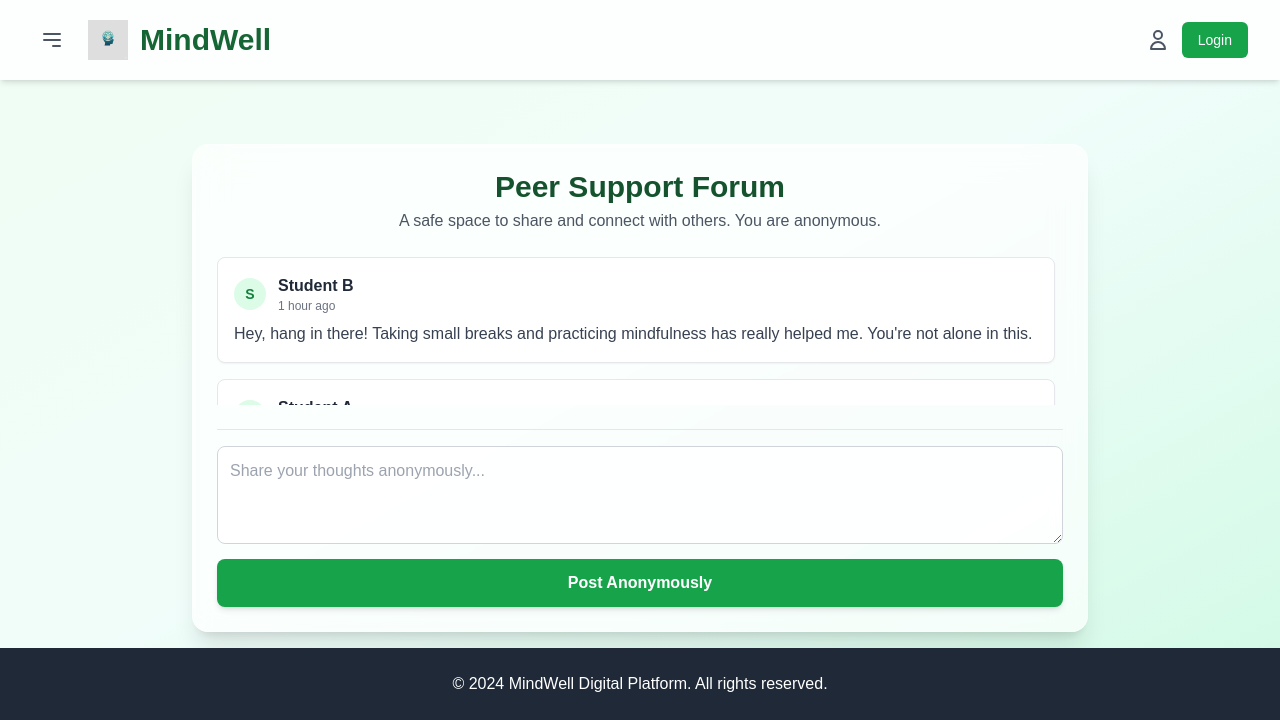
Repository: alokse24b01025/mentalhealth-project-sih-
Page: /peer-support (app in p1/)
An editor plug-in stored every save of this project. The page is shown before and after the next save, followed by the edit.
The browser window is 1280 px wide. The pictures show the whole page.
The project was rebuilt for these pictures with package versions that can differ from the ones it lists, and the page was loaded fresh each time. Also part of the build but not shown: p1/vite.config.js, p1/src/pages/HomePage.jsx, p1/src/components/Chatbot.jsx, p1/src/pages/ChatPage.jsx, p1/src/components/ResourceCard.jsx, p1/src/data/mockResources.js, p1/src/pages/ResourcesPage.jsx, p1/src/data/mockCounselors.js and 3 more.

Above is the page before, as saved 2025-09-10 12:36:28.

After the next save:
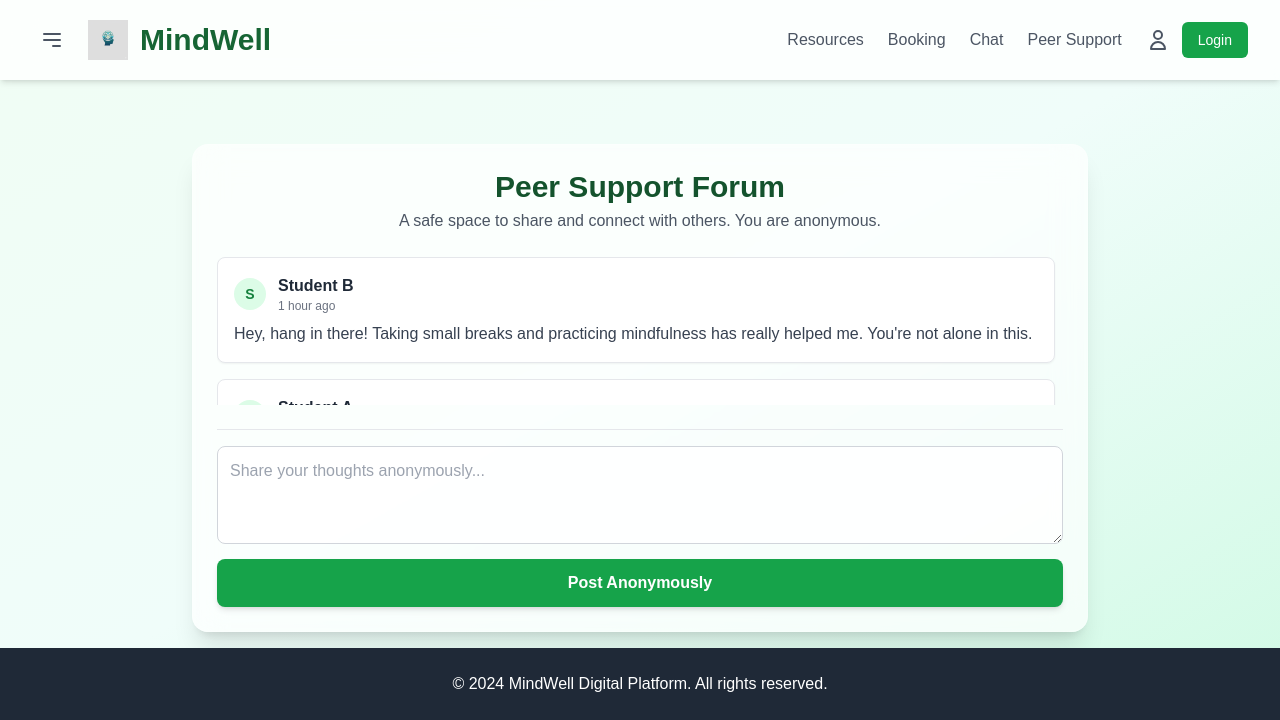
Saved 3 min 37 s later.
--- a/p1/src/components/Header.jsx
+++ b/p1/src/components/Header.jsx
@@ -35,21 +35,12 @@ const Header = () => {
   };
 
   const profileIcon = (
-    <svg xmlns="http://www.w3.org/2000/svg" className="h-6 w-6" fill="none" viewBox="0 0 24 24" stroke="currentColor" strokeWidth={2}>
+    <svg xmlns="http://www.w3.org/2000/svg" className="h-6 w-6" fill="none" viewBox="0 0 24" stroke="currentColor" strokeWidth={2}>
       <path strokeLinecap="round" strokeLinejoin="round" d="M16 7a4 4 0 11-8 0 4 4 0 018 0zM12 14a7 7 0 00-7 7h14a7 7 0 00-7-7z" />
     </svg>
   );
 
-  const NavLinks = () => (
-    <div className="py-2">
-      <NavLink to="/resources" className={mobileLinkClass} onClick={() => setIsMenuOpen(false)}>Resources</NavLink>
-      <NavLink to="/booking" className={mobileLinkClass} onClick={() => setIsMenuOpen(false)}>Booking</NavLink>
-      <NavLink to="/chat" className={mobileLinkClass} onClick={() => setIsMenuOpen(false)}>Chat</NavLink>
-      <NavLink to="/peer-support" className={mobileLinkClass} onClick={() => setIsMenuOpen(false)}>Peer Support</NavLink>
-    </div>
-  );
-
-  const mobileLinkClass = "block py-2 px-4 text-lg text-gray-700 hover:bg-green-50 rounded-md";
+  const desktopLinkClass = "text-gray-600 hover:text-green-600 transition-colors";
 
   return (
     <header className="bg-white/80 backdrop-blur-lg shadow-md fixed top-0 w-full z-50">
@@ -57,19 +48,19 @@ const Header = () => {
         <div className="flex justify-between items-center h-20">
 
           {/* Left Side: Hamburger Menu, Logo, and Brand Name */}
-          <div className="flex items-center gap-x-4" ref={menuRef}>
-            {/* Hamburger Button and Dropdown Menu */}
-            <div className="relative">
+          <div className="flex items-center gap-x-4">
+            {/* Hamburger Button and Dropdown Menu (for future options) */}
+            <div className="relative" ref={menuRef}>
               <button onClick={() => setIsMenuOpen(!isMenuOpen)} className="p-2 rounded-md text-gray-600 hover:bg-gray-100 focus:outline-none">
                 <svg xmlns="http://www.w3.org/2000/svg" className="h-6 w-6" fill="none" viewBox="0 0 24 24" stroke="currentColor">
                   <path strokeLinecap="round" strokeLinejoin="round" strokeWidth={2} d="M4 6h16M4 12h16m-7 6h7" />
                 </svg>
               </button>
 
-              {/* Dropdown Menu Panel */}
+              {/* Dropdown Menu Panel - Placeholder for now */}
               {isMenuOpen && (
-                <div className="absolute top-14 left-0 w-64 bg-white/95 backdrop-blur-lg border border-gray-200 rounded-lg shadow-xl py-1">
-                  <NavLinks />
+                <div className="absolute top-14 left-0 w-64 bg-white/95 backdrop-blur-lg border border-gray-200 rounded-lg shadow-xl py-4 px-4">
+                  <p className="text-center text-gray-500">More options will be added here soon.</p>
                 </div>
               )}
             </div>
@@ -81,21 +72,32 @@ const Header = () => {
             </Link>
           </div>
 
-          {/* Right side: Auth Buttons */}
-          <div className="flex items-center space-x-3">
-            {currentUser ? (
-              <div className="flex items-center space-x-3">
-                <span className="text-gray-600">{profileIcon}</span>
-                <button onClick={handleLogout} disabled={isLoggingOut} className={`text-white px-4 py-2 text-sm rounded-md transition-colors ${isLoggingOut ? 'bg-red-300 cursor-not-allowed' : 'bg-red-500 hover:bg-red-600'}`}>
-                  {isLoggingOut ? '...' : 'Logout'}
-                </button>
-              </div>
-            ) : (
-              <div className="flex items-center space-x-3">
-                <Link to="/login" className="text-gray-600 hover:text-green-600">{profileIcon}</Link>
-                <Link to="/login" className="bg-green-600 text-white px-4 py-2 text-sm rounded-md hover:bg-green-700 transition-colors">Login</Link>
-              </div>
-            )}
+          {/* Right side: Nav Links and Auth Buttons */}
+          <div className="flex items-center">
+            {/* Desktop Navigation Links - hidden on small screens */}
+            <nav className="hidden md:flex items-center space-x-6 mr-6">
+              <NavLink to="/resources" className={desktopLinkClass}>Resources</NavLink>
+              <NavLink to="/booking" className={desktopLinkClass}>Booking</NavLink>
+              <NavLink to="/chat" className={desktopLinkClass}>Chat</NavLink>
+              <NavLink to="/peer-support" className={desktopLinkClass}>Peer Support</NavLink>
+            </nav>
+
+            {/* Auth Buttons */}
+            <div className="flex items-center space-x-3">
+              {currentUser ? (
+                <div className="flex items-center space-x-3">
+                  <span className="text-gray-600">{profileIcon}</span>
+                  <button onClick={handleLogout} disabled={isLoggingOut} className={`text-white px-4 py-2 text-sm rounded-md transition-colors ${isLoggingOut ? 'bg-red-300 cursor-not-allowed' : 'bg-red-500 hover:bg-red-600'}`}>
+                    {isLoggingOut ? '...' : 'Logout'}
+                  </button>
+                </div>
+              ) : (
+                <div className="flex items-center space-x-3">
+                  <Link to="/login" className="text-gray-600 hover:text-green-600">{profileIcon}</Link>
+                  <Link to="/login" className="bg-green-600 text-white px-4 py-2 text-sm rounded-md hover:bg-green-700 transition-colors">Login</Link>
+                </div>
+              )}
+            </div>
           </div>
         </div>
       </div>
